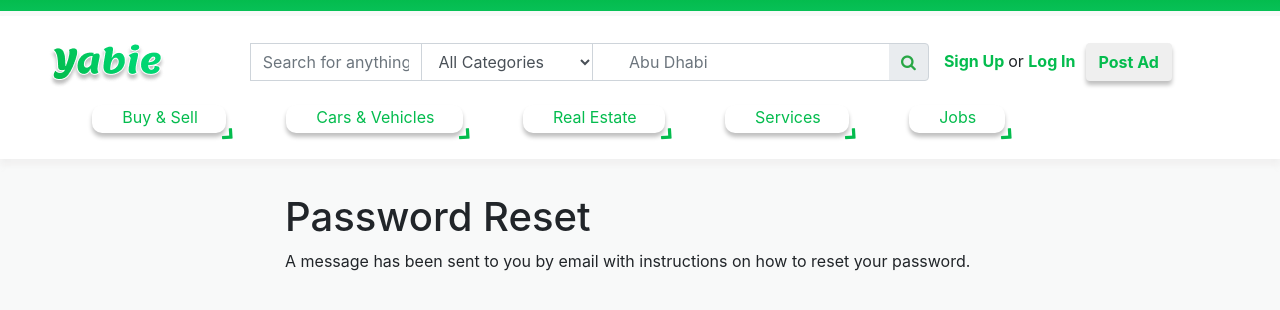
Repository: muazzamkha95/yabie
Page: notification-forgot-password.html
An editor plug-in stored every save of this project. The page is shown before and after a run of saves, followed by the edit.
The browser window is 1280 px wide. The pictures show the whole page.

Above is the page before, as saved 2020-07-09 16:08:40.
Console error: TypeError: Cannot read properties of undefined (reading 'fn')

After the next 2 saves:
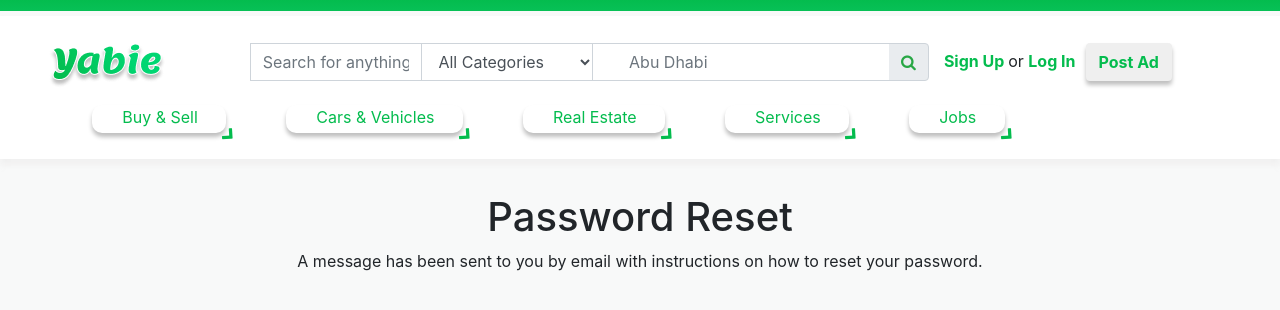
The 2 saves are shown as one change because they came seconds apart.
The last was saved 13 s later.
--- a/notification-forgot-password.html
+++ b/notification-forgot-password.html
@@ -63,7 +63,7 @@
 
         <main  role="main" class="mainSection">
             <div class="container d-flex justify-content-center" >
-                    <div class="col-md-8">
+                    <div class="col-md-8 text-center">
 
                         <h1>
                             Password Reset
